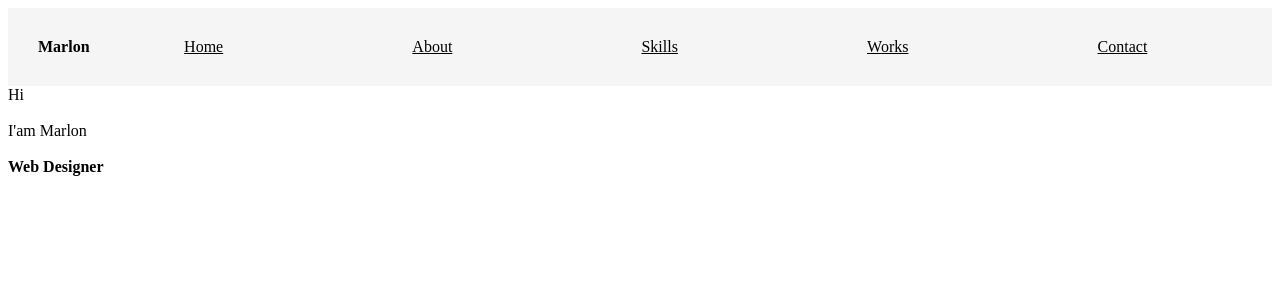
Repository: Tobby004/bdc-assignment-2
Page: index.html
An editor plug-in stored every save of this project. The page is shown before and after the next save, followed by the edit.
The browser window is 1280 px wide. The pictures show the whole page.

Above is the page before, as saved 2023-02-08 01:43:41.

After the next save:
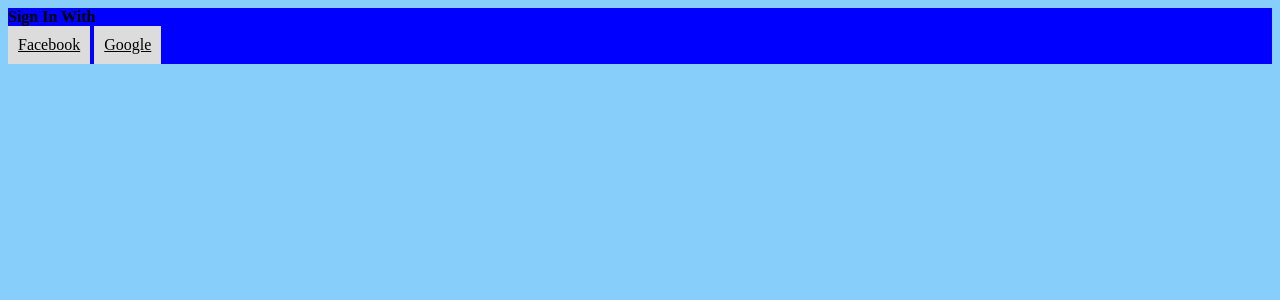
Saved 2 h 51 min later.
--- a/index.html
+++ b/index.html
@@ -3,35 +3,23 @@
 <head>
     <meta charset="UTF-8">
     <meta http-equiv="X-UA-Compatible" content="IE=edge">
-    <meta name="viewport" content="width=device-width, initial-scale=1.0">
-    <title>Sign Up Task</title>
-    <link rel="stylesheet" href="task.css">
+    <meta name="viewport" content="width=<device-width>, initial-scale=1.0">
+    <title>Document</title>
+    <link rel="stylesheet" href="task.css"
 </head>
-<header>
-<b>
-    Marlon
-</b>
-
-<a href="#">
-    Home
-    <a href="#">
-    About</a>
-    <a href="#">
-        Skills</a>
-    <a href="#">
-        Works
-    </a>
-    <a href="#">
-    Contact
-</a>
-
-</header>
 <body>
-    <div>Hi</div>
-    <br>
-        <div>I'am Marlon</div>
+    <header>
+    <div class="flex-container">
+        <div>
+            <strong>Sign In With </strong>
+        </div>
         <br>
-        <strong>Web Designer</strong>
-    </div>
+        <a href="#">
+            Facebook</a>
+            <a href="#">
+                Google
+            </a>
+        </div>
+    </header>
 </body>
 </html>
--- a/task.css
+++ b/task.css
@@ -1,17 +1,19 @@
-*{
+* {
     box-sizing: border-box;
 }
-header {
-    background-color: whitesmoke;
-    display: flex;
-    justify-content:space-between;
-    padding: 30px;
+body {
+    background-color: lightskyblue;
+}
+header{
+    background-color: blue;
+
+}
+div a {
+    background: gainsboro;
+    display: inline-flex;
+    padding:10px;
     color: black;
-    max-width: 500%;
 }
-header a {
-    display: flex;
-    color: black;
-    margin-right: auto;
-    margin-left: auto;
+div {
+    display: inline;
 }
